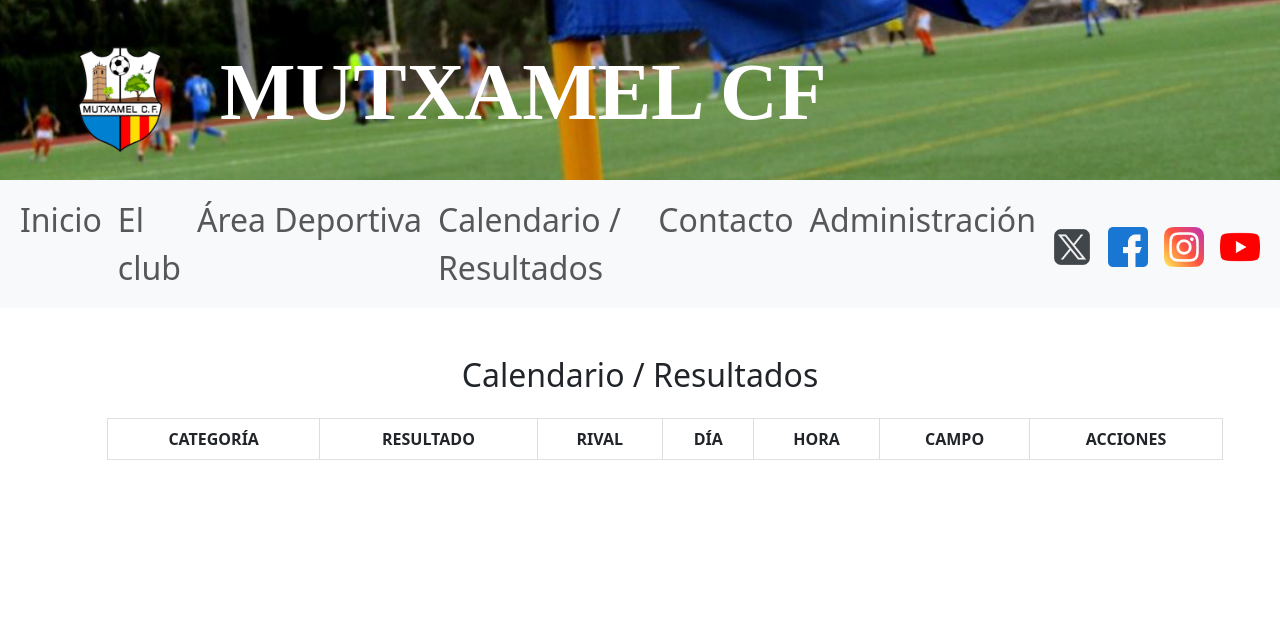
Repository: mikeluca/webMutxamelCF
Page: http://localhost/admin/calendario-resultados
An editor plug-in stored every save of this project. The page is shown before and after the next save, followed by the edit.
The browser window is 1280 px wide. The pictures show the whole page.
Some web fonts or font styles are not loaded; a fallback is used. Some web libraries are served in a nearby version. The page is this project's Thymeleaf template; nobody is signed in. The template is opened directly, without the code that normally fills it, so the values that code supplies are empty.

Above is the page before, as saved 2024-10-29 15:05:28.

After the next save:
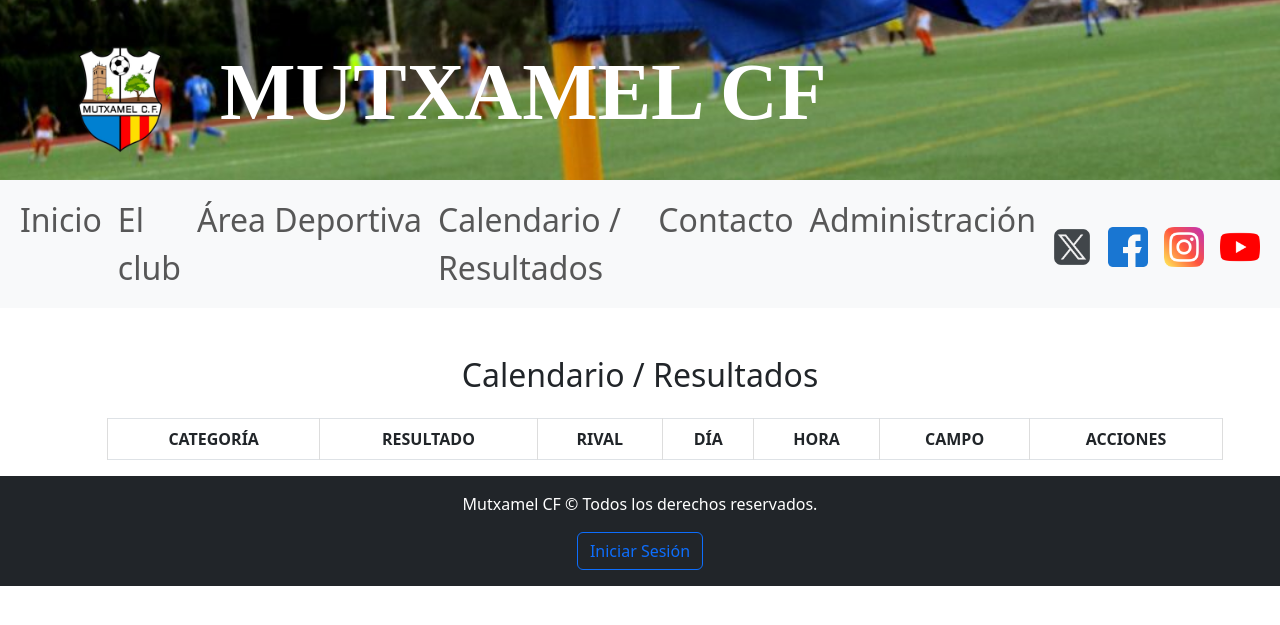
Saved 21 s later.
--- a/mvc/src/main/resources/templates/admin/calendario-resultados.html
+++ b/mvc/src/main/resources/templates/admin/calendario-resultados.html
@@ -76,6 +76,9 @@
 		</form>
 	</div>
 
+	<!-- Incluir el footer -->
+	<div th:replace="~{footer.html}"></div>
+
 	<script src="https://cdn.jsdelivr.net/npm/bootstrap@5.3.0/dist/js/bootstrap.bundle.min.js"></script>
 </body>
 
